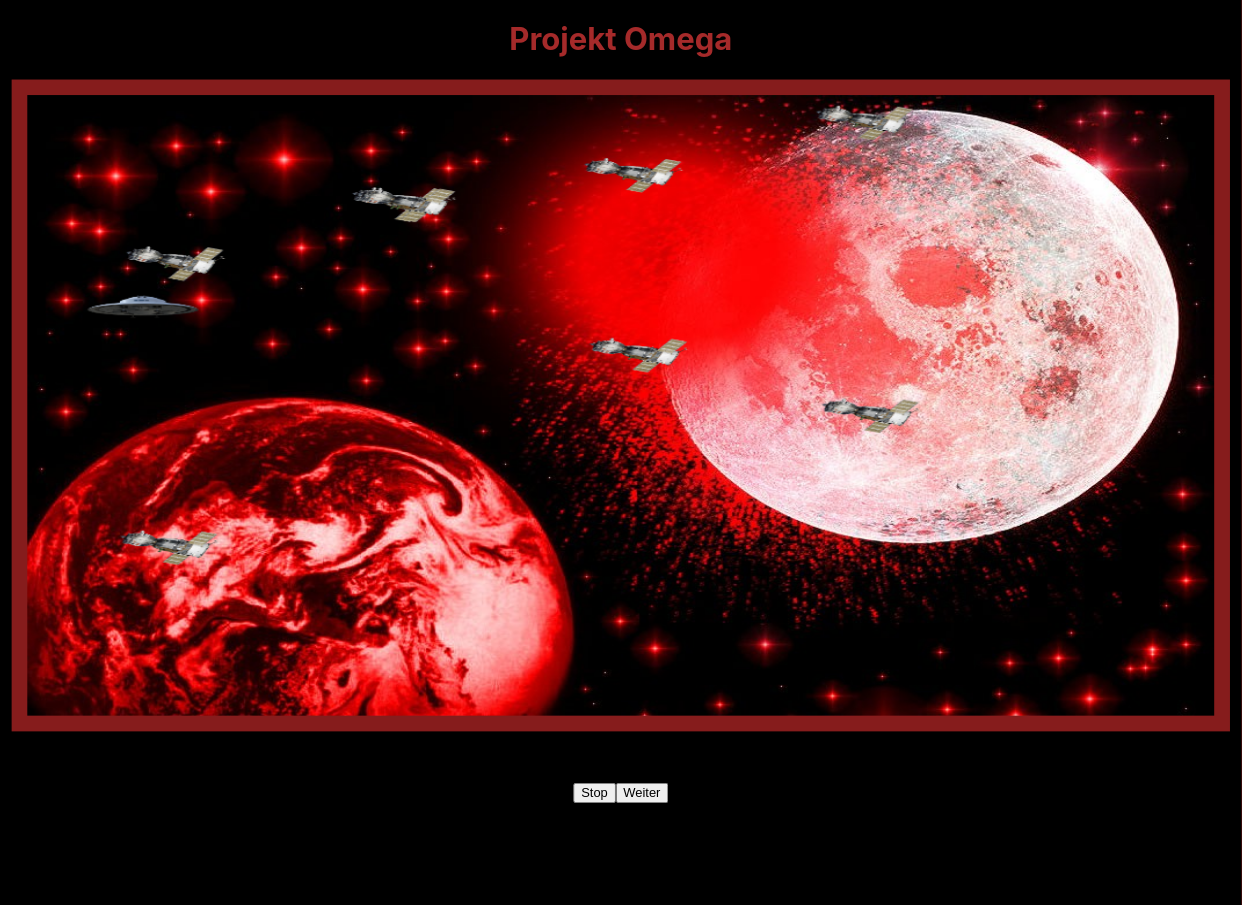
Repository: Der-Metatron/Projekt-Omega-Sprotte
Page: /
These files come from the project's save history. The page is drawn as it stood at one moment and after the next save; the edit follows.
The browser window is 1280 px wide. The pictures show the whole page, at 97% of full size.
The project was rebuilt for these pictures with package versions that can differ from the ones it lists, and the page was loaded fresh each time. Also part of the build but not shown: src/util/canvas-game.js.

Above is the page before, as saved 2022-06-22 16:59:51.

### public/index.html
<!DOCTYPE html>
<html lang="de">
  <head>
    <meta charset="UTF-8" />
    <meta name="Metatron" content="width=device-width, initial-scale=1.0" />
    <link rel="stylesheet" href="style.css" />

    <title>Projekt-Omega></title>
  </head>

  <body>
    <!-- <body onload="startGame()"> -->
    <div id="root"></div>
  </body>
  <script type="text/javascript" src="./index.js"></script>
</html>

### src/App.js
import "./App.css";
/* import { useState } from "react"; */
import { Canvas } from "./components/Canvas";
import { Footer } from "./components/Footer";

function App() {
  return (
    <div className="App">
      <h1>Projekt Omega</h1>
      <Canvas />

      <Footer />
    </div>
  );
}

export default App;

### src/components/Canvas.jsx
import React, { useRef, useEffect, useState } from "react";
import "./Canvas.css";
import { initGame, stopGame, continueGame } from "../util/canvas-game";
import ReactAudioPlayer from "react-audio-player";

export const Canvas = () => {
  const [score, setScore] = useState(0);
  const canvasRef = useRef(null);

  useEffect(() => {
    const canvas = canvasRef.current;
    const context = canvas.getContext("2d");
    initGame(context, (amount) => {
      console.log("increaseScore", amount);
      setScore((oldScore) => {
        return oldScore + amount;
      });
    });
  }, []);
  return (
    <>
      <canvas
        ref={canvasRef}
        className="game-canvas"
        width="1024"
        height="640"
      />
      <p>Score: {score}</p> {/* PunkteZahl im Canvas Zeigen */}
      {/* Stopt das Game  */}
      <button
        onClick={() => {
          stopGame();
        }}
      >
        Stop
      </button>
      {/* Weiter mit Game */}
      <button
        onClick={() => {
          continueGame();
        }}
      >
        Weiter
      </button>
    </>
  );
};
/* -------------------------------------------------------------------------------------- */
<ReactAudioPlayer src="/public/audio/Musik/titel 1.mp3" autoPlay controls />;
/* ----------------------------AUDIO----------------------------------------------------- */
/* const useAudio = (url) => {
  const [audio] = useState(new Audio(url));
  const [playing, setPlaying] = useState(false);

  const toggle = () => setPlaying(!playing);

  useEffect(() => {
    playing ? audio.play() : audio.pause();
  }, []);
  useEffect(() => {
    audio.addEventListener("ended", () => setPlaying(false));
    return () => {
      audio.removeEventListener("ended", () => setPlaying(false));
    };
  }, []);

  return [playing, toggle];
};

const Player = ({ url }) => {
  const [playing, toggle] = useAudio(url);

  return (
    <div>
      <button onClick={toggle}>{playing ? "Pause" : "Play"}</button>
    </div>
  );
};

export default Player;
 */

### src/components/Footer.jsx
import React from "react";

export const Footer = () => {
  return (
    <div>
      <h2>
        Pfeil Taste Oben, Pfeil Taste Unten, Pfeil Taste Links, Pfeil Taste
        Rechts, Space = Schießen
      </h2>
      <p>Der Metatron,Serdar,Dennis. 2022</p>
    </div>
  );
};

### src/components/Canvas.css
.game-canvas {
  background-color: rgba(168, 35, 35, 0.8);
  padding-left: 0;
  padding-right: 0;
  margin-left: auto;
  margin-right: auto;
  display: block;
  width: 1224px;
  height: 640px;
  padding: 1rem;
}

### public/style.css
canvas {
  background-color: rgba(168, 35, 35, 0.8);
  padding-left: 0;
  padding-right: 0;
  margin-left: auto;
  margin-right: auto;
  display: block;
  width: 1224px;
  height: 640px;
  padding: 1rem;
}
:root {
  background-color: black;
}
h1 {
  color: brown;
  text-align: center;
}
footer {
  color: aliceblue;
  text-align: center;
}

### public/index.js
let KEY_SPACE = false; // 32
let KEY_UP = false; // 38
let KEY_DOWN = false; // 40
let KEY_LEFT = false; // 37
let KEY_RIGHT = false; // 39

let canvas, ctx, counter, highscore, pause; /* Variabeln für Canvas */

let backgroundImage = new Image();

/* Audio Web-Audio-API  */
/*
<audio src="/public/audio/Musik/titel 1.mp3"></audio>;
const audioContext = new AudioContext();
const element = document.querySelector(audio);
const source = audioContext.createMediaElementSource(element);
source.connect(audioContext.destination);
audio.play();
*/

let rocket = {
  x: 50,
  y: 200,
  width: 100,
  height: 50,

  src: "img/ufo1.png" /* Omega */,
};

let ufos = [];
let shots = [];

// Taste Unten
document.onkeydown = function (e) {
  if (e.keyCode === 32) {
    // Leertaste gedrückt
    KEY_SPACE = true;
  }

  if (e.keyCode === 38) {
    // Nach oben gedrückt
    KEY_UP = true;
  }

  if (e.keyCode === 40) {
    // Nach unten gedrückt
    KEY_DOWN = true;
  }
  if (e.keyCode === 37) {
    KEY_LEFT = true;
  }
  if (e.keyCode === 39) {
    KEY_RIGHT = true;
  }
};
// Taste Links
document.onkeyleft = function (e) {
  if (e.keyCode === 37) {
    // Leertaste gedrückt
    KEY_SPACE = true;
  }

  if (e.keyCode === 38) {
    // Nach oben gedrückt
    KEY_UP = true;
  }

  if (e.keyCode === 40) {
    // Nach unten gedrückt
    KEY_DOWN = true;
  }
  if (e.keyCode === 37) {
    KEY_LEFT = true;
  }
  if (e.keyCode === 39) {
    KEY_RIGHT = true;
  }
};
// Taste Rechts
document.onkeyright = function (e) {
  if (e.keyCode === 39) {
    // Leertaste gedrückt
    KEY_SPACE = true;
  }

  if (e.keyCode === 38) {
    // Nach oben gedrückt
    KEY_UP = true;
  }

  if (e.keyCode === 40) {
    // Nach unten gedrückt
    KEY_DOWN = true;
  }
  if (e.keyCode === 37) {
    KEY_LEFT = true;
  }
  if (e.keyCode === 39) {
    KEY_RIGHT = true;
  }
};
// Taste Oben
document.onkeyup = function (e) {
  if (e.keyCode === 32) {
    // Leertaste losgelassen
    KEY_SPACE = false;
  }

  if (e.keyCode === 38) {
    // Nach oben losgelassen
    KEY_UP = false;
  }

  if (e.keyCode === 40) {
    // Nach unten losgelassen
    KEY_DOWN = false;
  }
  if (e.keyCode === 37) {
    KEY_LEFT = false;
  }
  if (e.keyCode === 39) {
    KEY_RIGHT = false;
  }
};

// eslint-disable-next-line no-unused-vars
function startGame() {
  canvas = document.getElementById("canvas");
  ctx = canvas.getContext("2d");

  loadImages();
  setInterval(update, 1000 / 25);
  setInterval(createUfos, 2000); /* Wie schnell Feinde kommen */
  setInterval(checkForCollion, 1000 / 25);
  setInterval(checkForShoot, 1000 / 10);
  draw();
}

function checkForCollion() {
  ufos.forEach(function (ufo) {
    // Kontrollieren, ob UFO mit Rakete kollidiert
    if (
      rocket.x + rocket.width > ufo.x &&
      rocket.y + rocket.height > ufo.y &&
      rocket.x < ufo.x &&
      rocket.y < ufo.y + ufo.height
    ) {
      rocket.img.src = "img/boom3.png";
      console.log("Collion!!!");
      ufos = ufos.filter((u) => u !== ufo);
      window.location.reload(true); //das sorgt dafür das sich die seite neu lädt wen man stirbt
    }

    shots.forEach(function (shot) {
      // Kontrollieren, ob Laser mit Rakete kollidiert
      if (
        shot.x + shot.width > ufo.x &&
        shot.y + shot.height > ufo.y &&
        shot.x < ufo.x &&
        shot.y < ufo.y + ufo.height
      ) {
        ufo.hit = true;
        ufo.img.src = "img/boom3.png";
        console.log("Collion!!!");

        setTimeout(() => {
          ufos = ufos.filter((u) => u !== ufo);
        }, 2000);
      }
    });
  });
}

function createUfos() {
  let ufo = {
    x: 800,
    y: Math.random() * 500, // Wir platzieren unsere UFOs an einem zufälligen Ort
    width: 100,
    height: 40,
    src: "img/sat.png",

    img: new Image(),
  };
  ufo.img.src = ufo.src; // Ufo-Bild wird geladen.
  ufos.push(ufo);
}

function checkForShoot() {
  if (KEY_SPACE) {
    let shot = {
      x: rocket.x + 110,
      y: rocket.y + 22,
      width: 20,
      height: 4,
      src: "img/shot.png",
      img: new Image(),
    };
    shot.img.src = shot.src; // Laser-Bild wird geladen.

    shots.push(shot);
  }
}
//rechts und links vergessen in update zu codieren
function update() {
  if (KEY_UP) {
    rocket.y -= 6;
  }

  if (KEY_DOWN) {
    rocket.y += 6;
  }
  if (KEY_LEFT) {
    rocket.x -= 6;
  }

  if (KEY_RIGHT) {
    rocket.x += 6;
  }

  ufos.forEach(function (ufo) {
    if (!ufo.hit) {
      ufo.x -= 5;
    }
  });

  shots.forEach(function (shot) {
    shot.x += 15;
  });
}

function loadImages() {
  backgroundImage.src = "img/- WALLPAPER - (276).jpg";
  rocket.img = new Image();
  rocket.img.src = rocket.src;
}

function draw() {
  ctx.drawImage(backgroundImage, 0, 0);
  ctx.drawImage(rocket.img, rocket.x, rocket.y, rocket.width, rocket.height);

  ufos.forEach(function (ufo) {
    ctx.drawImage(ufo.img, ufo.x, ufo.y, ufo.width, ufo.height);
  });

  shots.forEach(function (shot) {
    ctx.drawImage(shot.img, shot.x, shot.y, shot.width, shot.height);
  });

  requestAnimationFrame(draw);
}

Loaded but not shown: src/index.js (common file); src/index.css (common file); src/reportWebVitals.js (common file); src/App.css (common file)

After the next save:
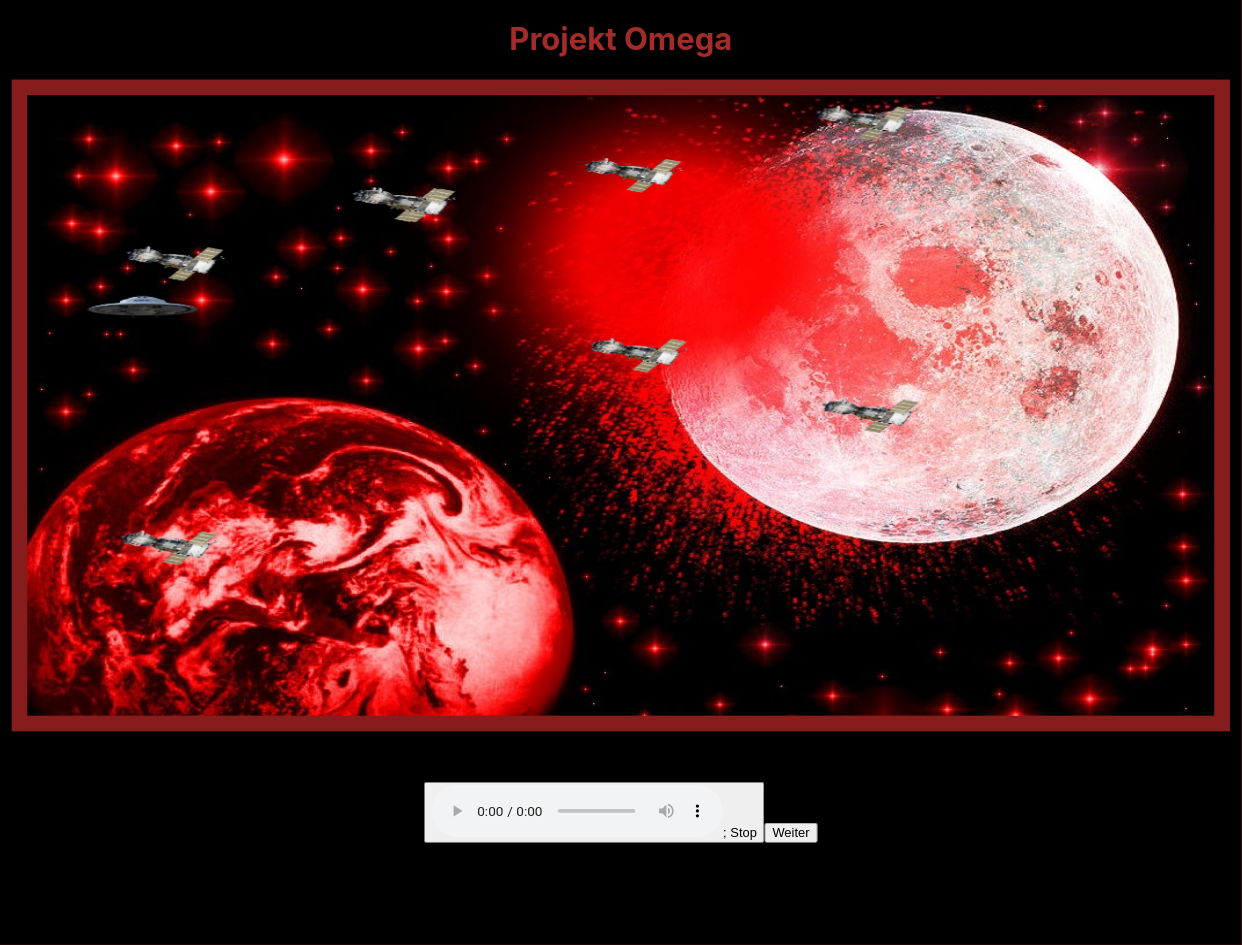
Saved 48 s later.
--- a/src/components/Canvas.jsx
+++ b/src/components/Canvas.jsx
@@ -32,7 +32,12 @@
           stopGame();
         }}
       >
-        Stop
+        <ReactAudioPlayer
+          src="/public/audio/Musik/titel 1.mp3"
+          autoPlay
+          controls
+        />
+        ; Stop
       </button>
       {/* Weiter mit Game */}
       <button
@@ -46,7 +51,7 @@
   );
 };
 /* -------------------------------------------------------------------------------------- */
-<ReactAudioPlayer src="/public/audio/Musik/titel 1.mp3" autoPlay controls />;
+
 /* ----------------------------AUDIO----------------------------------------------------- */
 /* const useAudio = (url) => {
   const [audio] = useState(new Audio(url));

After the save that followed:
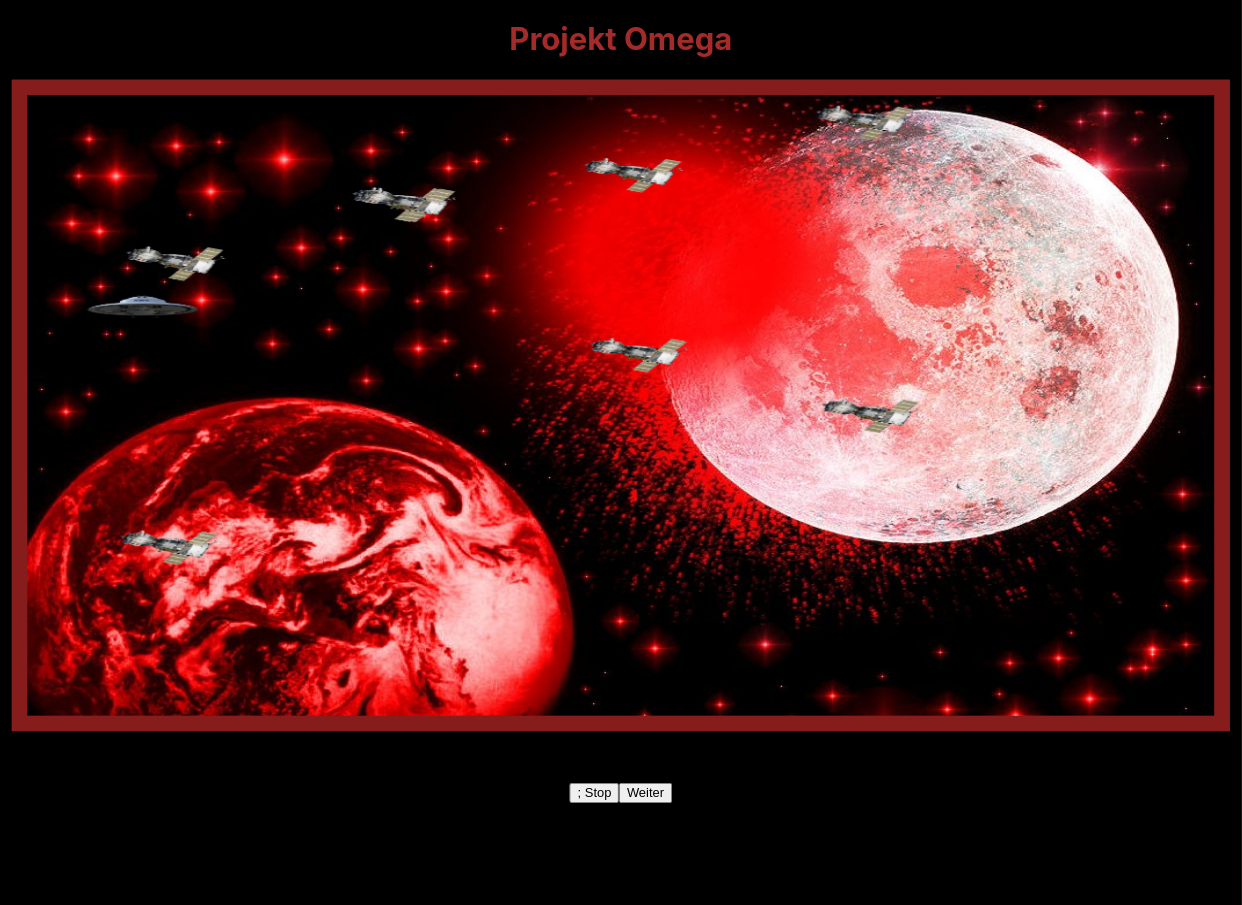
Saved 71 s later.
--- a/src/components/Canvas.jsx
+++ b/src/components/Canvas.jsx
@@ -32,12 +32,8 @@
           stopGame();
         }}
       >
-        <ReactAudioPlayer
-          src="/public/audio/Musik/titel 1.mp3"
-          autoPlay
-          controls
-        />
-        ; Stop
+        <ReactAudioPlayer src="/public/audio/Musik/titel 1.mp3" autoPlay />;
+        Stop
       </button>
       {/* Weiter mit Game */}
       <button
